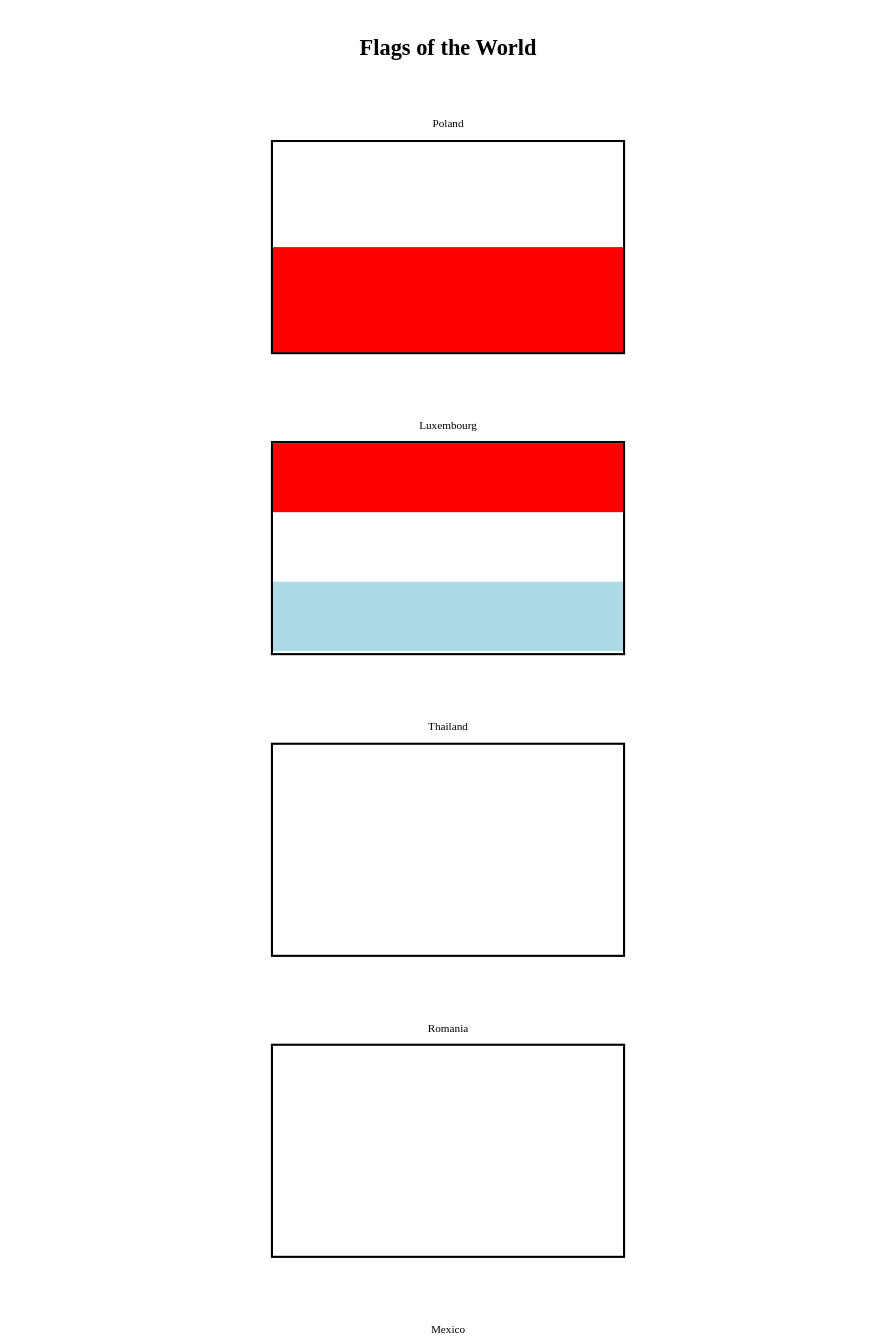
Repository: fullstack-decal-fa22/hw2-jiachenofsun
Page: index.html
An editor plug-in stored every save of this project. The page is shown before and after the next save, followed by the edit.
The browser window is 1280 px wide. The pictures show the part of the page from y = 0 to 1920 px (the page is 5389 px tall), at 70% of full size.

Above is the page before, as saved 2022-09-25 15:19:22.

### index.html
<!DOCTYPE html>
<head>
  <head>
    <link rel="stylesheet" href="styles.css">
  </head>

  <h1 id="intro">Flags of the World</h1>

  <br>

  <!--
    Some flags already have some CSS elements added in
    You are expected to finish the rest.
  -->

  <div class="flags">
    <h2 class="label">Poland</h2>
    <div class="flag">
      <div class="white twovert"></div>
      <div class="red twovert"></div>
    </div>

    <h2 class="label">Luxembourg</h2>
    <div class="flag">
      <div class="red threevert"></div>
      <div class="red threevert" id="white"></div>
      <div class="light-blue threevert"></div>
    </div>

    <h2 class="label">Thailand</h2>
    <div class="flag">
      <div class="thailand-red"></div>
      <div class="thailand-white"></div>
      <div class="thailand-blue"></div>
      <div class="thailand-white"></div>
      <div class="thailand-red"></div>
    </div>

    <h2 class="label">Romania</h2>
    <div class="flag" style="">
      <!-- insert flag here -->
    </div>

    <h2 class="label">Mexico</h2>
    <div class="flag">
      <!-- insert flag here -->
    </div>

    <h2>Margin</h2>
    <div class="margin-container">
      <div class="flag"></div>
      <div class="flag"></div>
    </div>

    <h2>Padding</h2>
    <div class="flag black">
      <div class="flag padding-container"></div>
    </div>

    <h3>Challenge (These are optional)</h3>

    <h2>Greece</h2>
    <div class="flag">
      <!-- insert flag here -->
    </div>

    <h2>South Africa</h2>
    <div class="flag">
      <!-- insert flag here -->
    </div>

    <h2>Seychelis</h2>
    <div class="flag">
      <!-- insert flag here -->
    </div>

    <h2>North Macedonia</h2>
    <div class="flag">
      <!-- insert flag here -->
    </div>

    <h2>Finland</h2>
    <div class="flag">
      <!-- insert flag here -->
    </div>
  </div>

### styles.css
/* BEGIN SETUP (you will not need to use these) */
#intro {
  color: rgb(0, 0, 0);
  text-align: center;
  margin: 50px;
}

.flags {
  display: flex;
  flex-direction: column;
  align-items: center;
}

h2 {
  font-size: medium;
  font-weight: 200;
}

/* END SETUP */

/* Classes that you might find useful */
/* You may also have to implement your own classes */

.flag {
  height: 300px;
  width: 500px;
  border-style: solid;
  margin-bottom: 5rem;
}

.twovert {
  height: 50%;
}

.threevert {
  height: 33%;
}

.threehoriz {
  width: 33.3%;
}

.narrow {
  height: 17.5%;
}

.wide {
  height: 30%;
}

.circle {
  border-radius: 50%;
  height: 200px;
  width: 200px;
  position: relative;
  left: 85px;
  top: 50px;
}

/* Colors */

/* QUESTION 1 */

.orange {
  background-color: orange;
}

.yellow {
  background-color: yellow;
}

.green {
  background-color: green;
}

.blue {
  background-color: blue;
}

.light-blue {
  background-color: lightblue;
}

.purple {
  background-color: purple;
}

.white {
  background-color: #fff;
}

.black {
  background-color: #000;
}

.white {
  background-color: white;
}

.red {
  background-color: red;
}

#white {
  background-color: white;
}

/* BEGIN QUESTION 2 */

.thailand-red {
  /* TODO */
}

.thailand-white {
  /* TODO */
}

.thailand-blue {
  /* TODO */
}

/* END QUESTION 2 */

/* BEGIN QUESTION 3 */

.romania-blue {
  background-color: #002c84;
}

.romania-yellow {
  background-color: #ffcf00;
}

.romania-red {
  background-color: #e10017;
}

/* END QUESTION 3 */

/* QUESTION 4 */
.mexico-green {
  background-color: #006341;
}

.mexico-img {
  /* TODO */
}

.mexico-red {
  background-color: #ce1126;
}

/* QUESTION 6 */
.margin-container {
  height: 300px;
  width: 1030px;
  border-style: solid;
  margin-bottom: 5rem;
  display: flex;
  justify-content: center;
}

/* For margin practice */
.flag1 {
  background-color: red;
  /* TODO */
}

.flag2 {
  background-color: blue;
  /* TODO */
}

/* For padding practice */
.padding-container {
  box-sizing: border-box;
  background-color: lightblue;
  background-clip: content-box, padding-box;
  /* TODO */
}

After the next save:
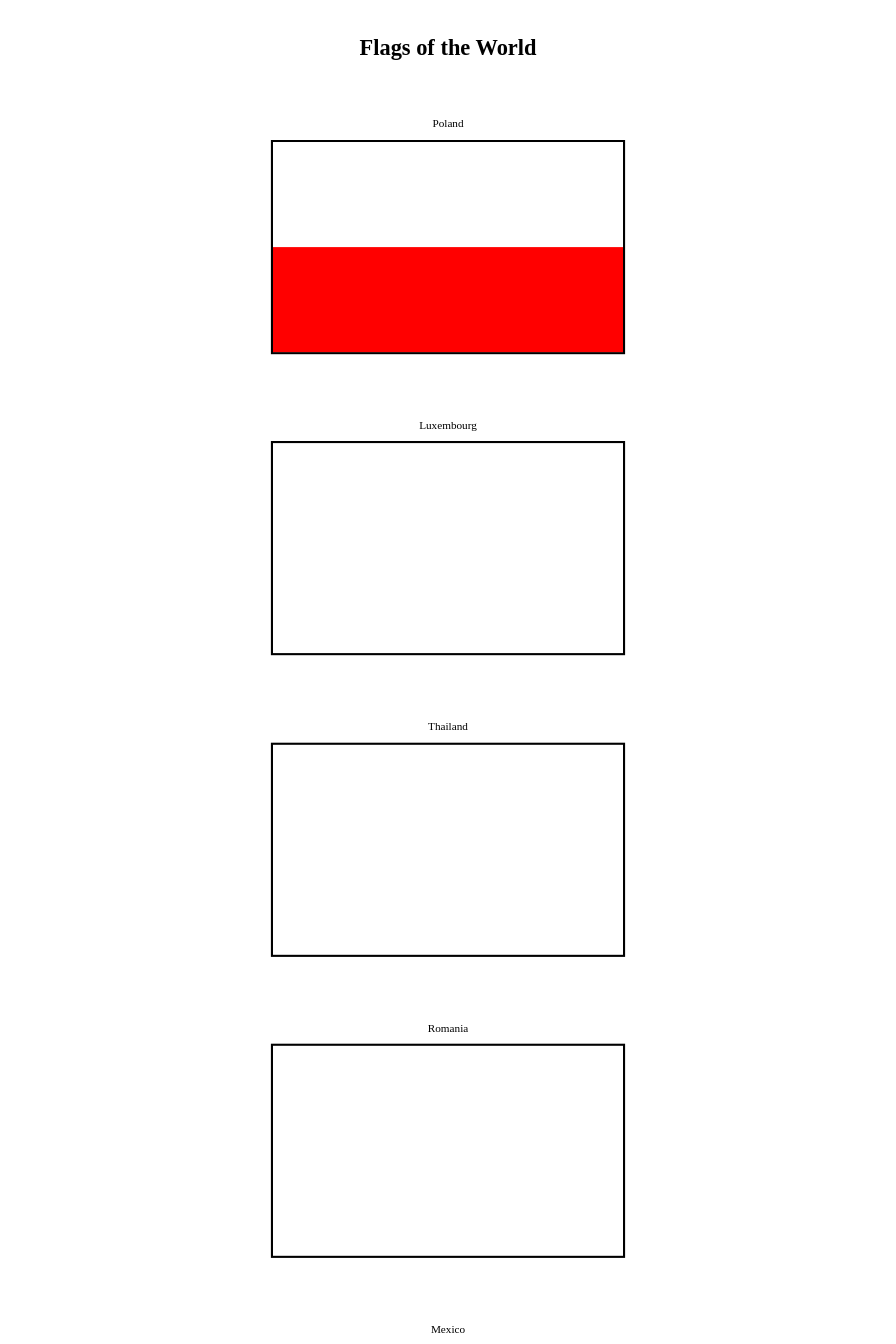
Saved 31 s later.
--- a/styles.css
+++ b/styles.css
@@ -33,7 +33,7 @@
 }
 
 .threevert {
-  height: 33%;
+  height: (1/3*100)%;
 }
 
 .threehoriz {

After the 2 saves that followed:
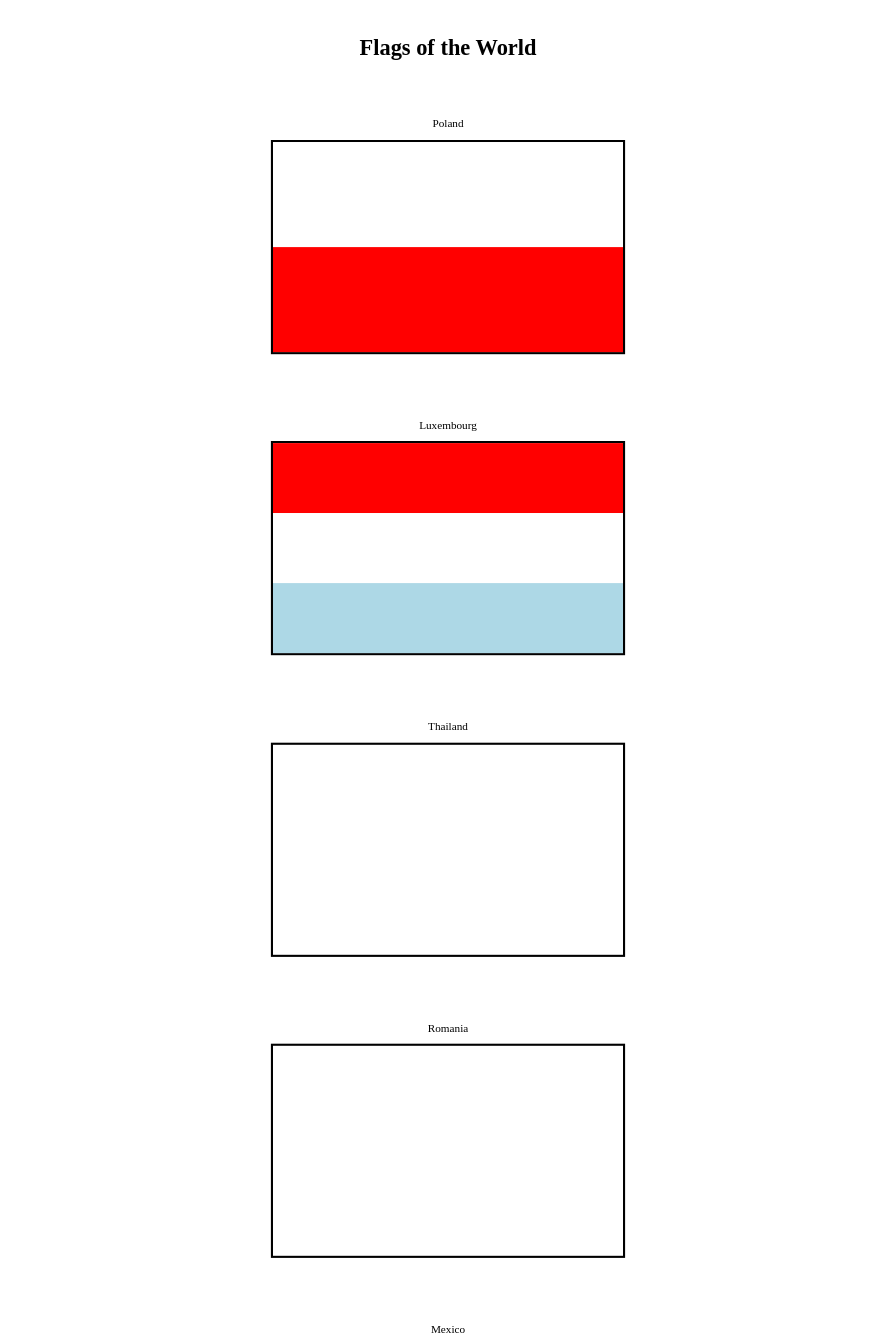
The 2 saves are shown as one change because 1 left the picture as it was.
The last was saved 18 s later.
--- a/styles.css
+++ b/styles.css
@@ -33,7 +33,7 @@
 }
 
 .threevert {
-  height: (1/3*100)%;
+  height: 33.33333%;
 }
 
 .threehoriz {
